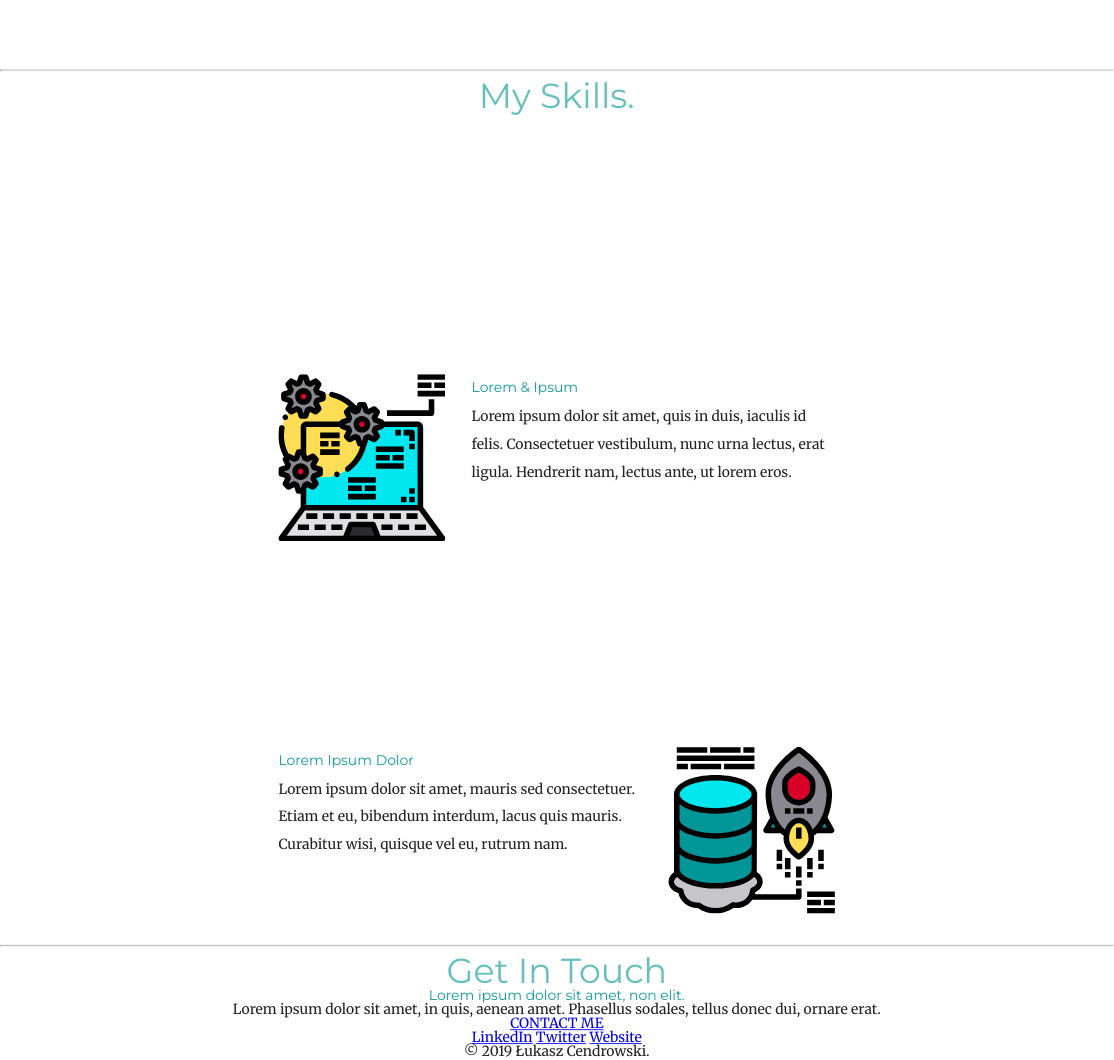
Repository: Isanderr/simple_landing_page-1
Page: index.html
An editor plug-in stored every save of this project. The page is shown before and after the next save, followed by the edit.
The browser window is 1280 px wide. The pictures show the part of the page from y = 938 to 2156 px (the page is 2156 px tall before and 1756 px after), at 87% of full size.
A picture or video elsewhere on the page could not be fetched, so the positions and the page height are approximate.

Above is the page before, as saved 2019-01-31 23:04:50.

### index.html
<!DOCTYPE html>
<html lang="en">

    <head>
        <meta charset="UTF-8">
        <meta name="viewport" content="width=device-width, initial-scale=1.0">
        <meta http-equiv="X-UA-Compatible" content="ie=edge">
        <title>CendrowskiL</title>
        <link rel="stylesheet" href="css/reset.css">
        <link rel="stylesheet" href="css/styles.css">
        <link rel="shortcut icon" href="img/favicon.ico" type="image/x-icon">
        <link href="https://fonts.googleapis.com/css?family=Merriweather|Montserrat|Sacramento" rel="stylesheet">
    </head>

    <body>
    </body>
    <div class="top-container">
        <img class="top-cloud" src="img/cloud.png" alt="cloud-image">
        <h1>I'm Luke</h1>
        <h2>a <span class="pro">pro</span>grammer.</h2>
        <img class="bottom-cloud" src="img/cloud.png" alt="cloud-image">
        <img src="img/mountain.png" alt="mountain-image">
    </div>
    <div class="middle-container">
        <div class="profile">
            <img src="img/man.svg" alt="man" class="man-img">
            <h2>Hello.</h2>
            <p>Lorem ipsum dolor sit amet, vitae volutpat, dui conubia, dolor urna. Non auctor, montes nulla
                distinctio.</p>
        </div>
        <hr>
        <div class="skills">
            <h2>My Skills.</h2>
            <div class="skill-row">
                <img class="computer-img" src="img/optimize.svg" alt="computer">
                <h3>Lorem & Ipsum</h3>
                <p>Lorem ipsum dolor sit amet, quis in duis, iaculis id felis. Consectetuer vestibulum, nunc urna
                    lectus, erat ligula. Hendrerit nam, lectus ante, ut lorem eros.</p>
            </div>
            <div class="skill-row">
                <img src="img/hosting.svg" class="hosting-img" alt="rocket-databes">
                <h3>Lorem Ipsum Dolor</h3>
                <p>Lorem ipsum dolor sit amet, mauris sed consectetuer. Etiam et eu, bibendum interdum, lacus quis
                    mauris. Curabitur wisi, quisque vel eu, rutrum nam.</p>
            </div>
        </div>
        <hr>
        <div class="contact-me">
            <h2>Get In Touch</h2>
            <h3>Lorem ipsum dolor sit amet, non elit.</h3>
            <p>Lorem ipsum dolor sit amet, in quis, aenean amet. Phasellus sodales, tellus donec dui, ornare erat.</p>
            <a class="btn" href="mailto:name@email.com">CONTACT ME</a>
        </div>
    </div>
    <div class="bottom-container">
        <a class="footer-link" href="https://www.linkedin.com/">LinkedIn</a>
        <a class="footer-link" href="https://twitter.com/">Twitter</a>
        <a class="footer-link" href="https://www.appbrewery.co/">Website</a>
        <p>© 2019 Łukasz Cendrowski.</p>
    </div>
    </body>

</html>

### css/styles.css
/* font-family: 'Merriweather', serif;
font-family: 'Sacramento', cursive;
font-family: 'Montserrat', sans-serif; */

body{
    margin: 0;
    text-align: center;
    font-family: 'Merriweather', serif;
}

h1 {
    color: #66bfbf;
    margin-top: 50px auto 0 auto;
    font-family: 'Sacramento', cursive;
    font-size: 5.625rem;
}
h2 {
    font-size: 2.5rem;
    font-family: 'Montserrat', sans-serif;
    color: #66bfbf;
    font-weight: normal;
}
h3 {
    font-family: 'Montserrat', sans-serif;
    color: #11999E;
}


.top-container {
background-color: #E4f9f5;
position: relative;
padding-top: 100px;
}

.pro {
    text-decoration: underline;
}

.top-cloud{
position: absolute;
right: 300px;
top: 50px;
}
.bottom-cloud {
position: absolute;
left: 300px;
bottom: 300px;
}

.profile {
    width: 50%;
    margin: auto;
    margin: 100px auto 100px auto;
    line-height: 2;
}

.skill-row {
    width: 50%;
    margin: auto;
    margin: 300px auto 100px auto;
    text-align: left;
    line-height: 2;
}

.man-img {
width: 30%;
}

.computer-img {
    width: 30%;
    float: left;
    margin-right: 30px;
}

.hosting-img {
    width: 30%;
    float: right;
    margin-left: 30px;
}

Loaded but not shown: css/reset.css (common file)

After the next save:
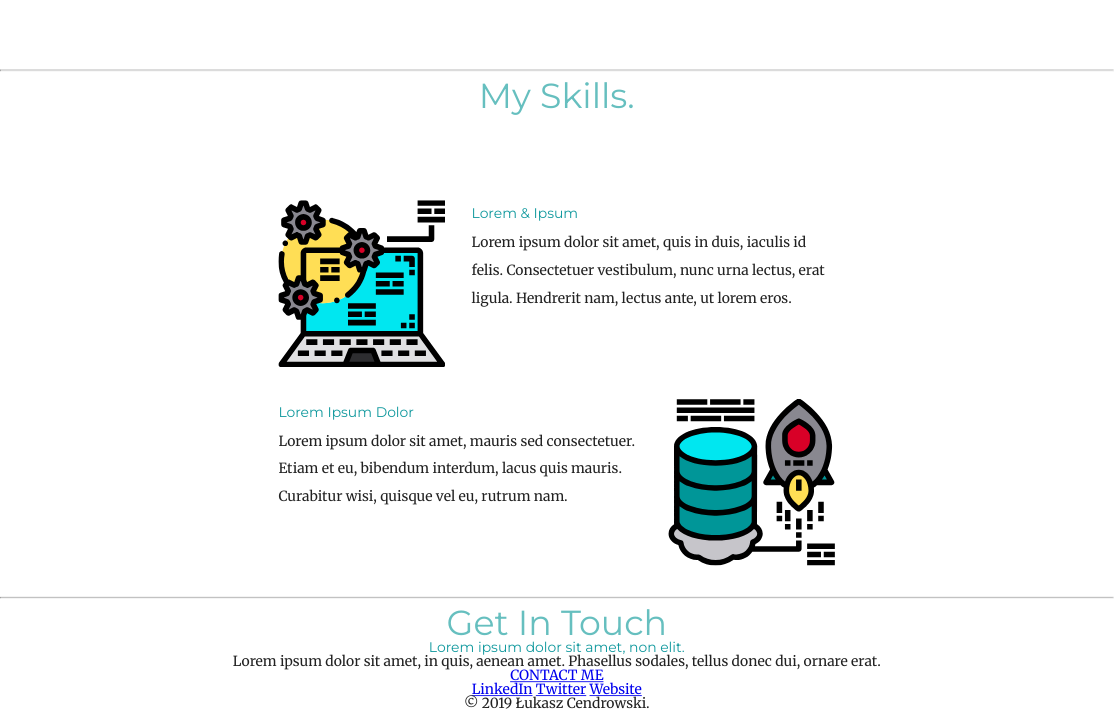
Saved 5 s later.
--- a/css/styles.css
+++ b/css/styles.css
@@ -57,7 +57,7 @@ bottom: 300px;
 .skill-row {
     width: 50%;
     margin: auto;
-    margin: 300px auto 100px auto;
+    margin: 100px auto 100px auto;
     text-align: left;
     line-height: 2;
 }
